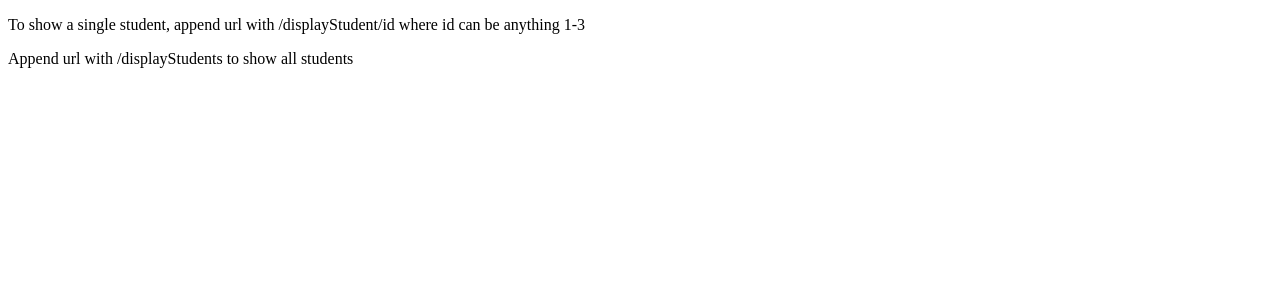
Repository: TraceMears/PerScholas
Page: http://localhost/SpringSBA_RestController/WEB-INF/views/ControllerView.jsp
An editor plug-in stored every save of this project. The page is shown before and after the next save, followed by the edit.
The browser window is 1280 px wide. The pictures show the whole page.
The page is served by Tomcat 9. Nobody is signed in. The template is opened directly, without the code that normally fills it, so the values that code supplies are empty.

Above is the page before, as saved 2019-11-19 16:08:19.

After the next save:
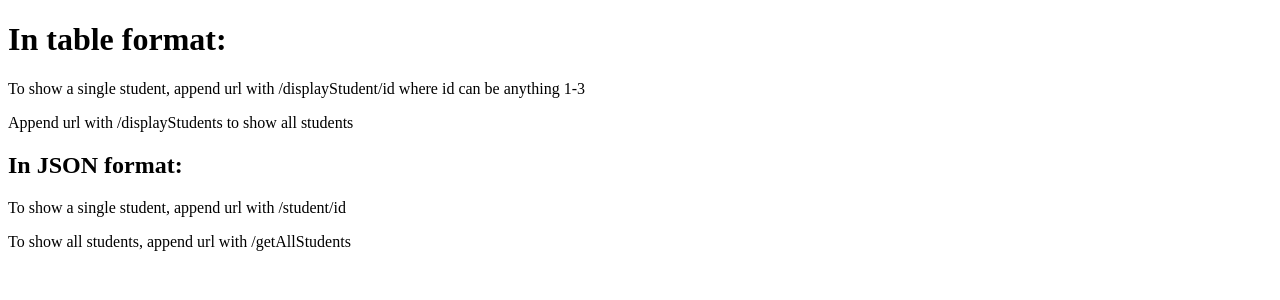
Saved 10 min 20 s later.
--- a/SpringSBA_RestController/WebContent/WEB-INF/views/ControllerView.jsp
+++ b/SpringSBA_RestController/WebContent/WEB-INF/views/ControllerView.jsp
@@ -7,8 +7,13 @@
 <title>@Controller View</title>
 </head>
 <body>
+	<h1>In table format: </h1>
 	<p>To show a single student, append url with /displayStudent/id where id can be anything 1-3</p>
 	<p>Append url with /displayStudents to show all students </p>
 
+	<h2>In JSON format: </h2>
+	<p>To show a single student, append url with /student/id</p>
+	<p>To show all students, append url with /getAllStudents</p>
+
 </body>
 </html>
